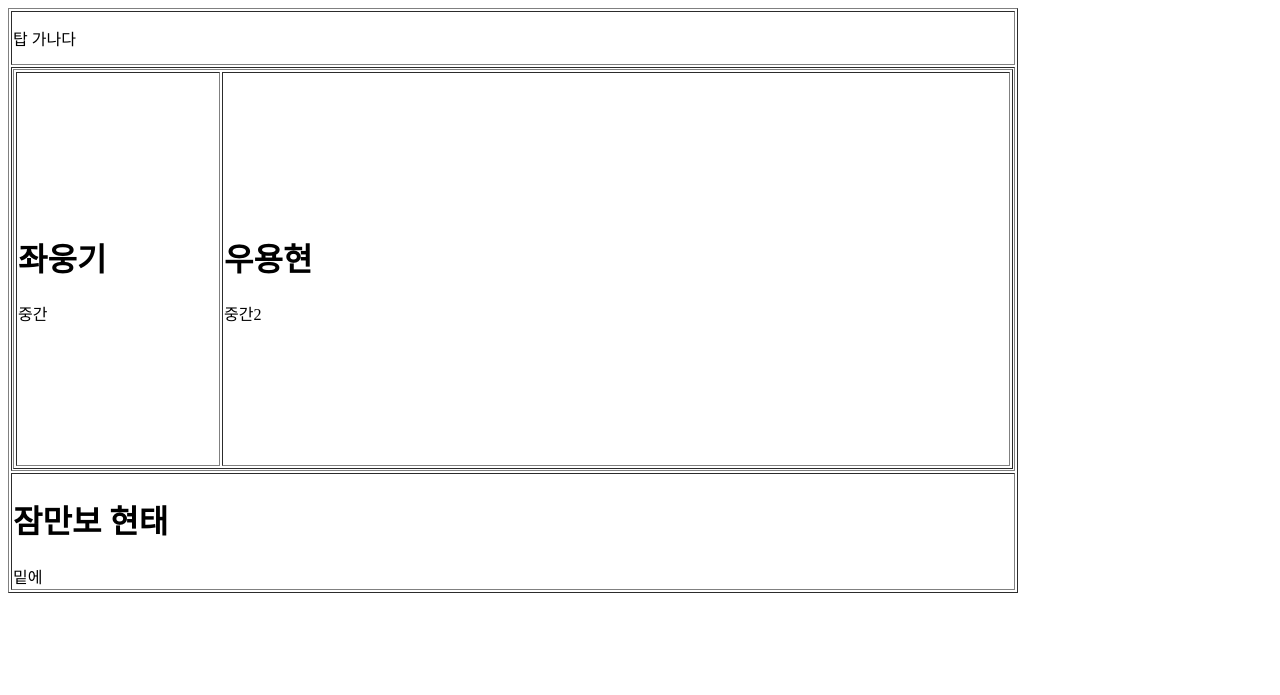
Repository: ikobean/ikoebean
Page: http://localhost/dev_jsp/ch07/index.jsp
These files come from the project's save history. The page is drawn as it stood at one moment and after the next save; the edit follows.
The browser window is 1280 px wide. The pictures show the whole page.
The page is served by Tomcat 9.

Above is the page before, as saved 2019-07-17 01:58:24.

After the next save:
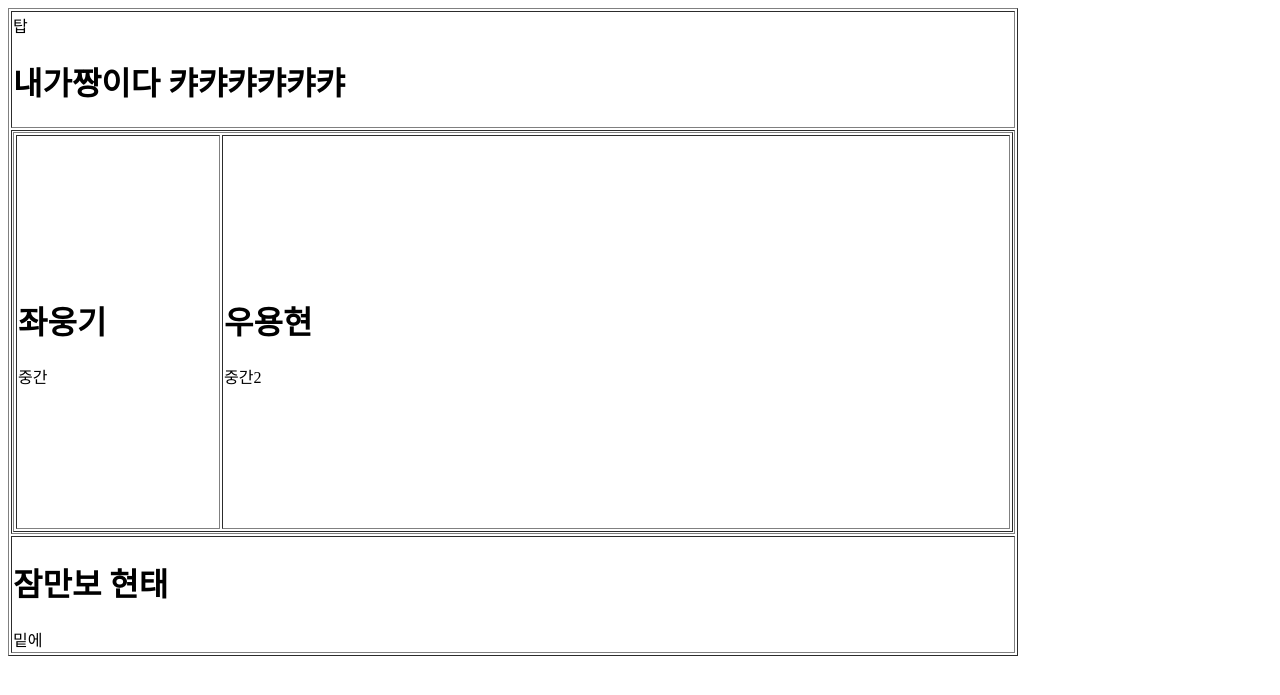
Saved 8 s later.
--- a/workspace_jsp/dev_jsp/WebContent/ch07/top.jsp
+++ b/workspace_jsp/dev_jsp/WebContent/ch07/top.jsp
@@ -7,6 +7,6 @@
 <title>Insert title here</title>
 </head>
 <body>
-가나다
+<h1>내가짱이다 캬캬캬캬캬캬</h1>
 </body>
 </html>
